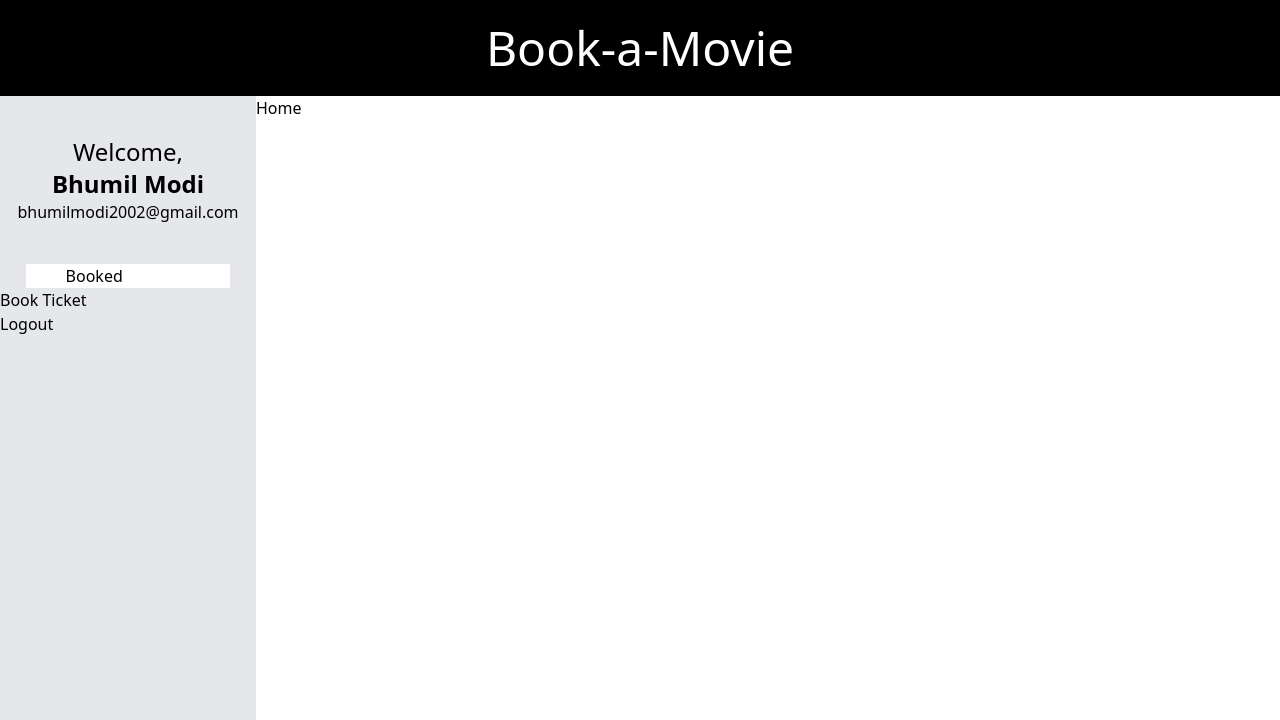
Repository: BhumilModi/movie-booking-app-assignment
Page: /Home
An editor plug-in stored every save of this project. The page is shown before and after the next save, followed by the edit.
The browser window is 1280 px wide. The pictures show the whole page.
The project was rebuilt for these pictures with package versions that can differ from the ones it lists, and the page was loaded fresh each time. Also part of the build but not shown: src/App.css, src/components/Login.jsx, src/components/SignUp.jsx.

Above is the page before, as saved 2022-11-29 19:18:49.

After the next save:
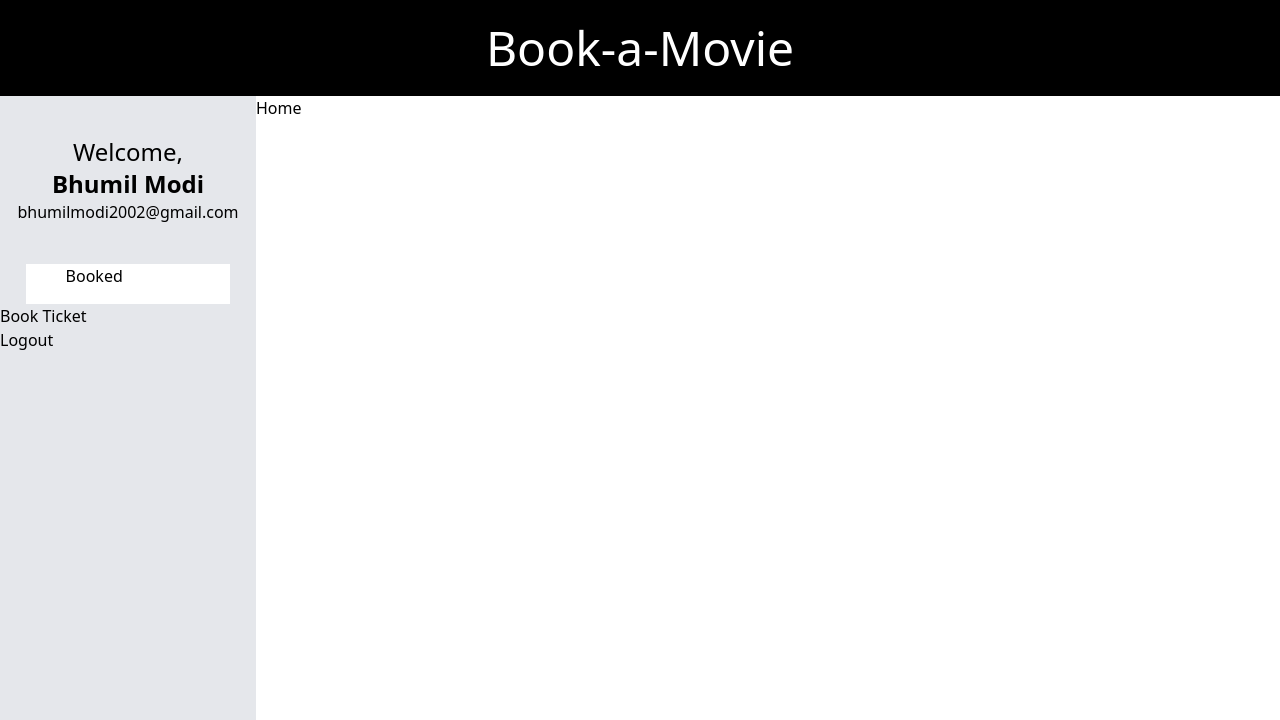
Saved 9 s later.
--- a/src/components/Sidebar.jsx
+++ b/src/components/Sidebar.jsx
@@ -8,7 +8,7 @@ function Sidebar() {
         <div className="text-2xl font-semibold">Bhumil Modi</div>
         <div className="text-md">bhumilmodi2002@gmail.com</div>
       </div>
-      <div className="bg-white w-[80%] mx-auto px-10">Booked</div>
+      <div className="bg-white w-[80%] mx-auto px-10 h-10">Booked</div>
       <div>Book Ticket</div>
       <div>Logout</div>
     </div>
